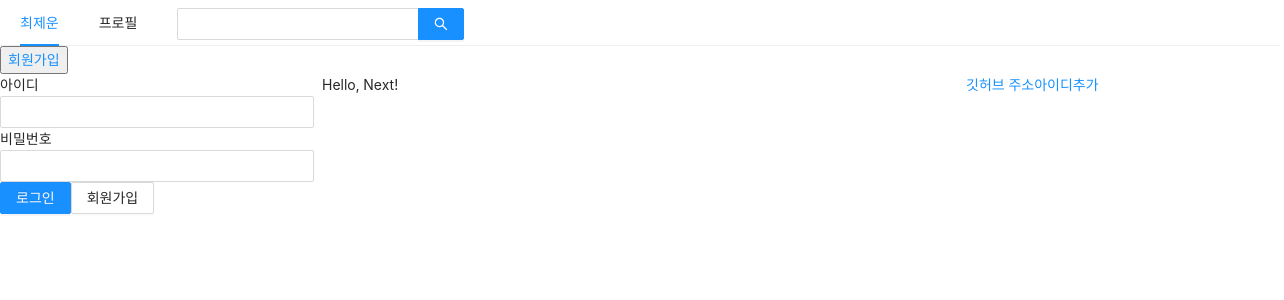
Repository: chlwpdnswku/zerochonext
Page: / (app in front/)
The author's editor kept a copy of each file at every save. The page is drawn from the files as they stood at one save, then again after the next save.
The browser window is 1280 px wide. The page is 1284 px wide, so the pictures cover 1284 px, including what lies to the right of the window. The pictures show the whole page.
The project was rebuilt for these pictures with package versions that can differ from the ones it lists, and the page was loaded fresh each time. The framework's server and built-in components were replaced by stand-ins that run in the browser. Also part of the build but not shown: front/components/UserProfile.js.

Above is the page before, as saved 2022-08-28 08:42:27.

### front/pages/_app.js
import React from 'react';
import Head from 'next/head';
import PropTypes from 'prop-types';
import 'antd/dist/antd.css';

const NodeBird = ({ Component }) => {
  return (
    <>
      <Head>
        <meta charSet='utf-8' />
        <title>NodeBird</title>
      </Head>
      <Component />
    </>
  );
};

NodeBird.propTypes = {
  Component: PropTypes.elementType.isRequired,
};

export default NodeBird;

### front/pages/index.js
import React from 'react';
import Head from 'next/head';
import AppLayout from '../components/AppLayout';

const Home = () => (
  <AppLayout>
    <Head>
      <title>NodeBird</title>
    </Head>
    <div>Hello, Next!</div>
  </AppLayout>
);

export default Home;

### front/components/AppLayout.js
import React, { useState } from 'react';
import Link from 'next/link';
import { Menu, Input, Button, Row, Col } from 'antd';
import PropTypes from 'prop-types';
import UserProfile from './UserProfile';
import LoginForm from './LoginForm';

function AppLayout({ children }) {
  const [login, setLogin] = useState(false);

  return (
    <div>
      <Menu mode='horizontal'>
        <Menu.Item key='home'>
          <Link href='/'>
            <a>최제운</a>
          </Link>
        </Menu.Item>
        <Menu.Item key='profile'>
          <Link href='/profile'>
            <a>프로필</a>
          </Link>
        </Menu.Item>
        <Menu.Item key='mail'>
          <Input.Search
            enterButton
            style={{
              verticalAlign: 'middle',
            }}
          />
        </Menu.Item>
      </Menu>
      <Link href='/signup'>
        <a>
          <button>회원가입</button>
        </a>
      </Link>
      <Row gutter={8}>
        <Col xs={24} md={6}>
          {/* Login 구분 */}
          {login ? <UserProfile /> : <LoginForm />}
        </Col>
        <Col xs={24} md={12}>
          {' '}
          {children}
        </Col>
        <Col xs={24} md={6}>
          <a
            href='http://www.naver.com'
            target='_blank'
            rel='noreferrer noopener'
          >
            깃허브 주소아이디추가
          </a>
        </Col>
      </Row>
    </div>
  );
}
AppLayout.propTypes = {
  children: PropTypes.node.isRequired,
};

export default AppLayout;

### front/components/LoginForm.js
import React, { useState, useCallback } from 'react';
import { Button, Form, Input } from 'antd';
import Link from 'next/link';

function LoginForm() {
  const [id, setId] = useState('');
  const [password, setPassword] = useState('');
  const [passwordCheck, setPassWordCheck] = useState('');

  //컴포넌트에 props를쓰면 useCallback
  const onSubmitForm = useCallback(() => {
    console.log({ id, password });
  }, [id, password]);

  return (
    <Form onFinish={onSubmitForm}>
      <div>
        <label htmlFor='user-id'>아이디</label>
        <br />
        <Input name='user-id' value={id} onChange={setId} required />
      </div>

      <div>
        <label htmlFor='user-password'>비밀번호</label>
        <Input
          htmlFor='user-password'
          value={password}
          onChange={setPassword}
          type='password'
          required
        />
      </div>

      <div style={{ maginTop: '10px' }}>
        <Button type='primary' htmlType='submit' loading={false}>
          로그인
        </Button>
        <Link href='/signup'>
          <a>
            <Button>회원가입</Button>
          </a>
        </Link>
      </div>
    </Form>
  );
}

export default LoginForm;

Loaded but not shown: front/pages/_document.js (common file)

After the next save:
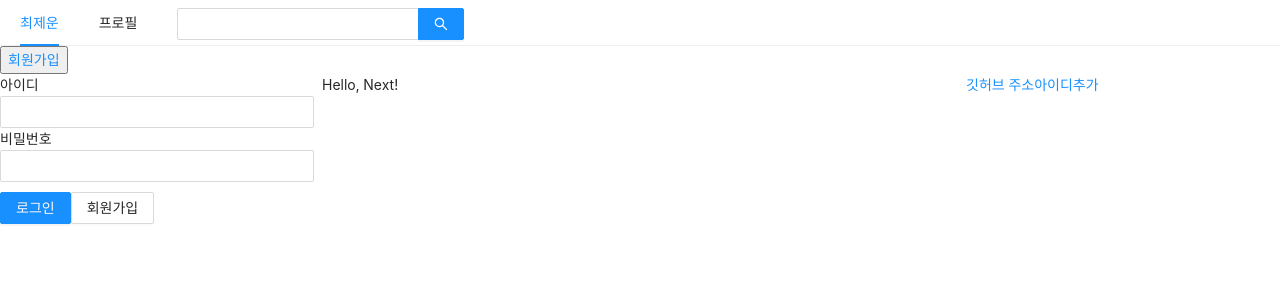
Saved 8 s later.
--- a/front/components/LoginForm.js
+++ b/front/components/LoginForm.js
@@ -31,7 +31,7 @@ function LoginForm() {
         />
       </div>
 
-      <div style={{ maginTop: '10px' }}>
+      <div style={{ marginTop: '10px' }}>
         <Button type='primary' htmlType='submit' loading={false}>
           로그인
         </Button>
